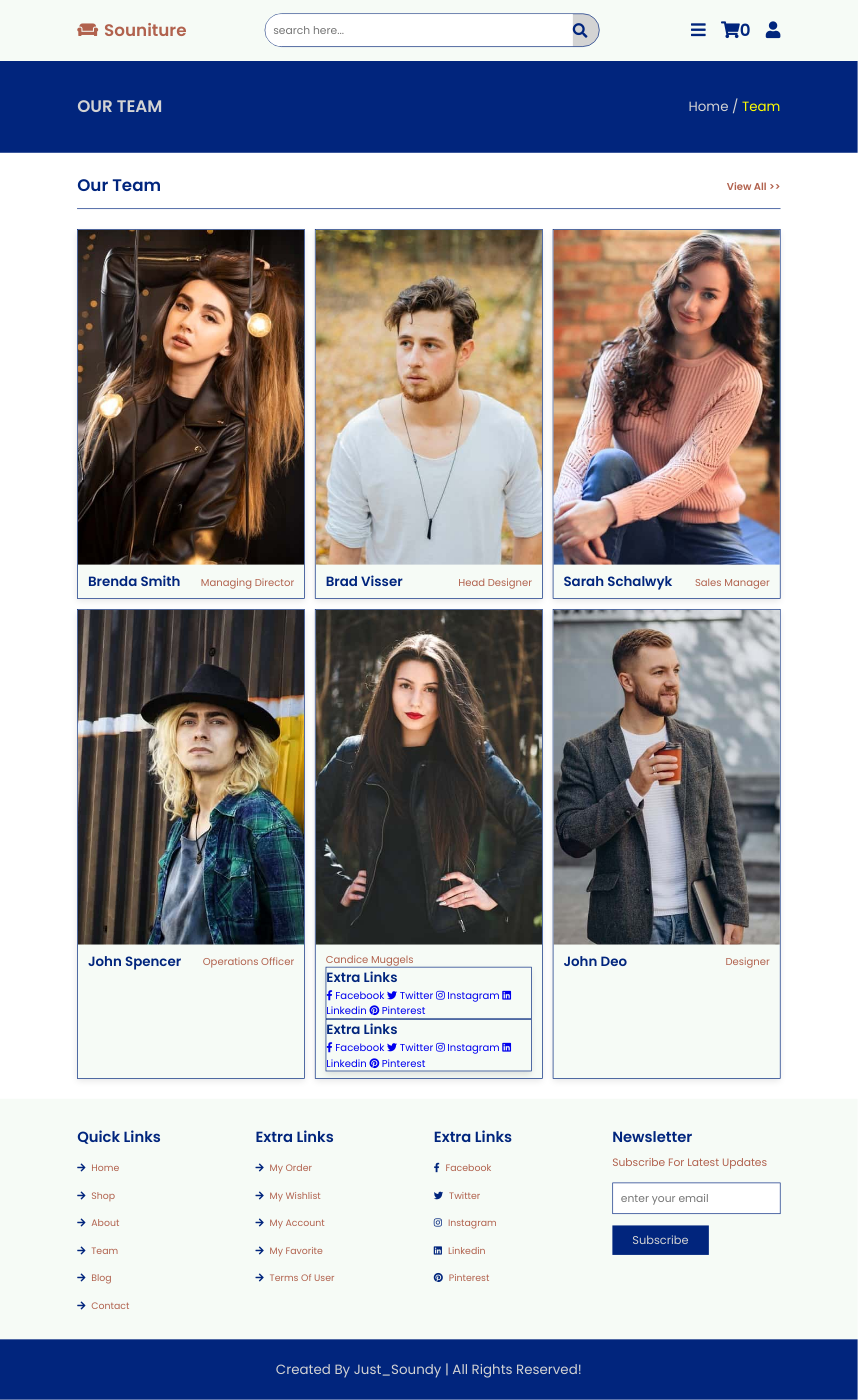
Repository: spencersoundy/furniture-store
Page: team.html
An editor plug-in stored every save of this project. The page is shown before and after the next save, followed by the edit.
The browser window is 1280 px wide. The pictures show the whole page, at 67% of full size.

Above is the page before, as saved 2023-05-04 14:50:30.
Console error: TypeError: Cannot read properties of null (reading 'addEventListener')

After the next save:
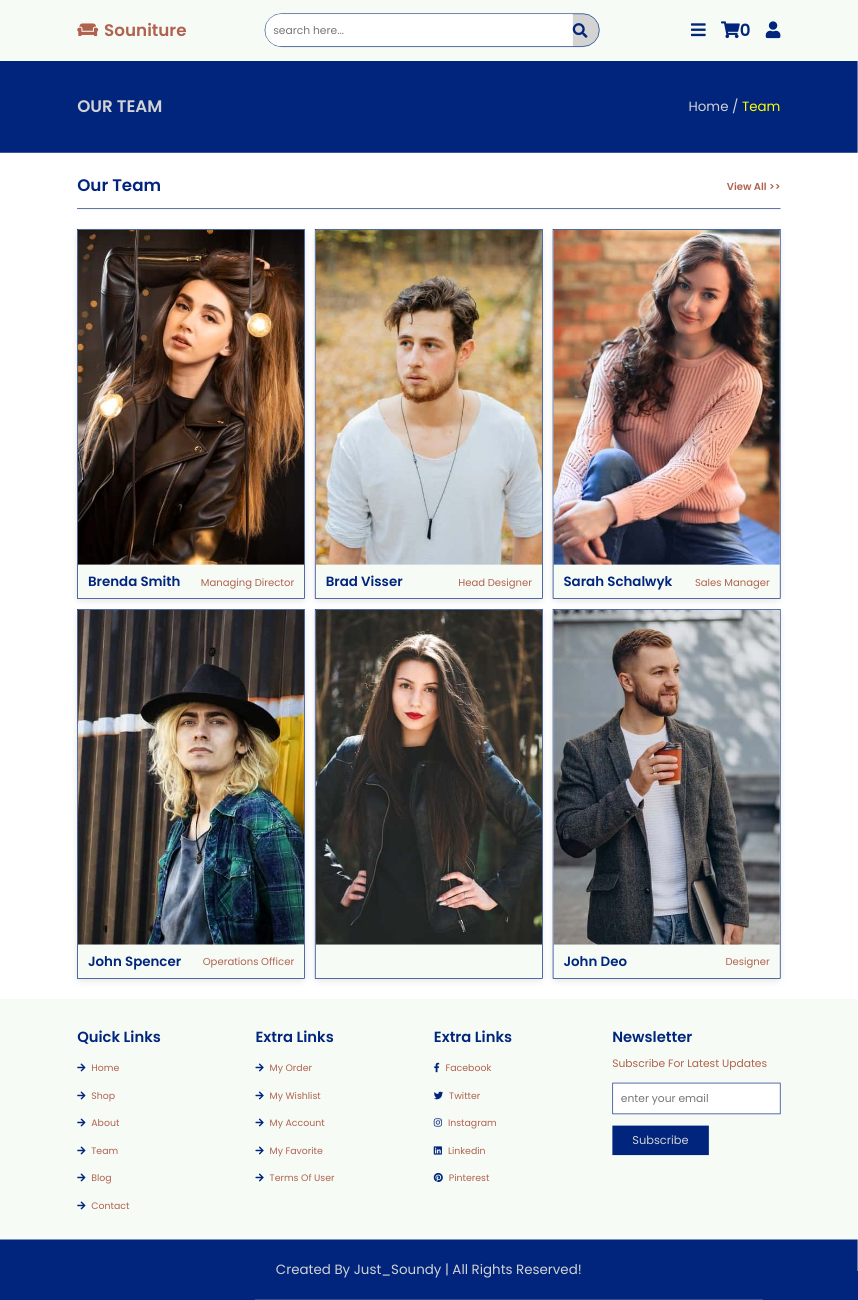
Saved 7 s later.
--- a/team.html
+++ b/team.html
@@ -183,21 +183,7 @@
             </div>
             <div class="user">
                 <h3></h3>
-                <span>Candice Muggels <div class="box">
-                    <h3>extra links</h3>
-                    <a href="https://www.facebook.com"> <i class="fab fa-facebook-f"></i> facebook</a>
-                    <a href="https://wwww.twitter.com"> <i class="fab fa-twitter"></i> twitter</a>
-                    <a href="https://www.instagram.com"> <i class="fab fa-instagram"></i> instagram</a>
-                    <a href="http://wwww.linkedin.com"> <i class="fab fa-linkedin"></i> linkedin</a>
-                    <a href="http://wwww.pinterest.com"> <i class="fab fa-pinterest"></i> pinterest</a>
-                </div> <div class="box">
-                    <h3>extra links</h3>
-                    <a href="https://www.facebook.com"> <i class="fab fa-facebook-f"></i> facebook</a>
-                    <a href="https://wwww.twitter.com"> <i class="fab fa-twitter"></i> twitter</a>
-                    <a href="https://www.instagram.com"> <i class="fab fa-instagram"></i> instagram</a>
-                    <a href="http://wwww.linkedin.com"> <i class="fab fa-linkedin"></i> linkedin</a>
-                    <a href="http://wwww.pinterest.com"> <i class="fab fa-pinterest"></i> pinterest</a>
-                </div></span>
+                <span></span>
             </div>
         </div>
 
